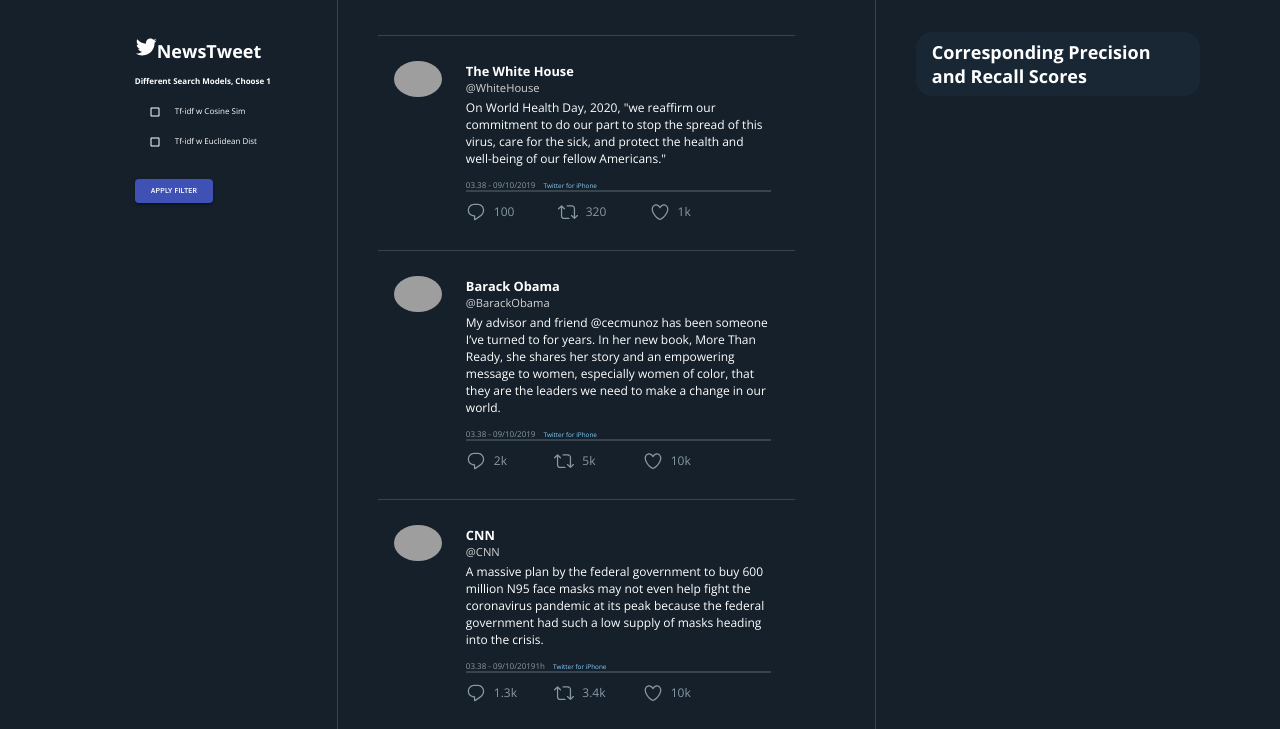
Repository: Dustyik/TwitterAIproj
Page: / (app in FrontEnd/)
These files come from the project's save history. The page is drawn as it stood at one moment and after the next save; the edit follows.
The browser window is 1280 px wide. The pictures show the whole page.
Pictures or frames that could not be fetched are drawn as grey boxes. The page's requests for data from a server got no answer. The project was rebuilt for these pictures with package versions that can differ from the ones it lists, and the page was loaded fresh each time. No one was signed in, and anything a server would have sent is missing. Also part of the build but not shown: FrontEnd/src/components/trending/Trend.js, FrontEnd/src/components/trending/TrendsList.js, FrontEnd/src/components/trending/FollowSuggestionCard.js, FrontEnd/src/styles/FollowList.css, FrontEnd/src/components/trending/FollowSuggestionsList.js, FrontEnd/src/components/StatusCard.js, FrontEnd/src/pages/Status.js, FrontEnd/src/components/profile/ProfileHead.js and 3 more.

Above is the page before, as saved 2021-08-03 00:33:49.

After the next save:
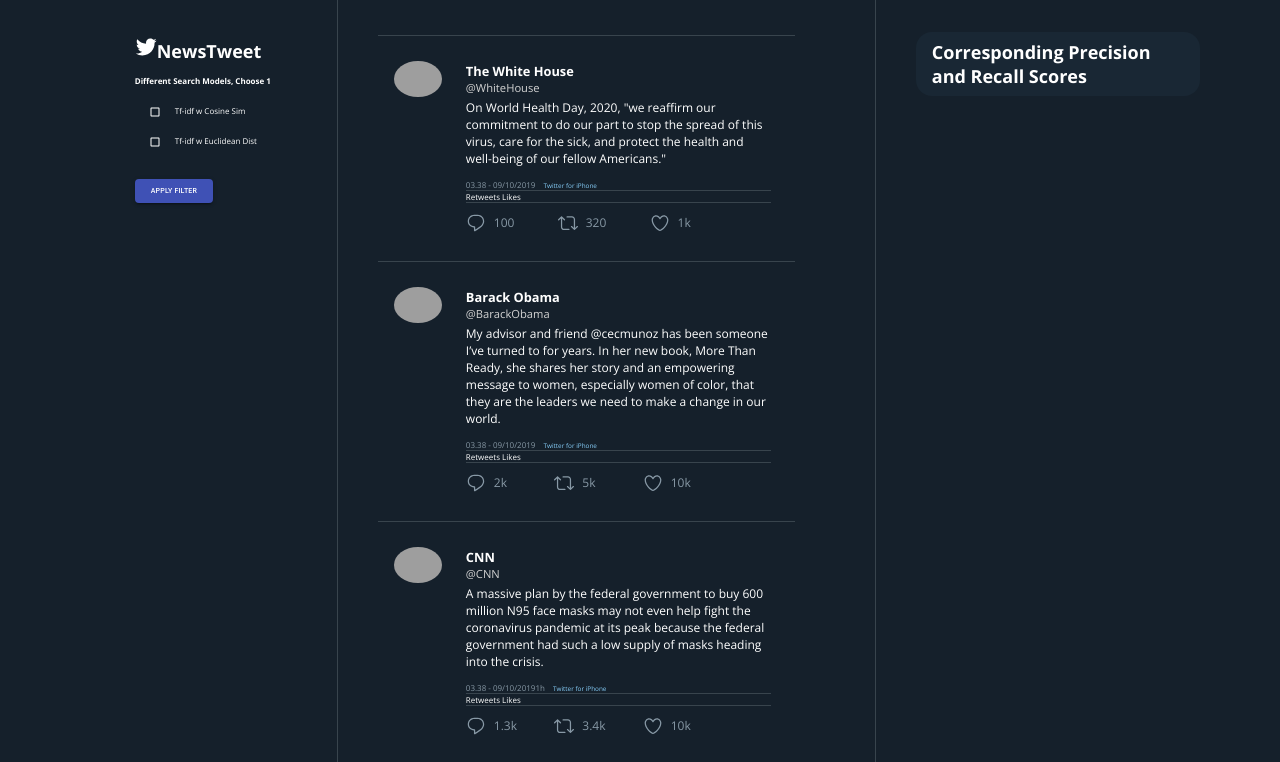
Saved 24 s later.
--- a/FrontEnd/src/components/TweetCard.js
+++ b/FrontEnd/src/components/TweetCard.js
@@ -39,6 +39,9 @@
                     </span>
 
                     <div className="tweet-middle-border"/>
+                    <span>
+                        Retweets Likes
+                    </span>
 
                     <div className="tweet-middle-border"/>
 
